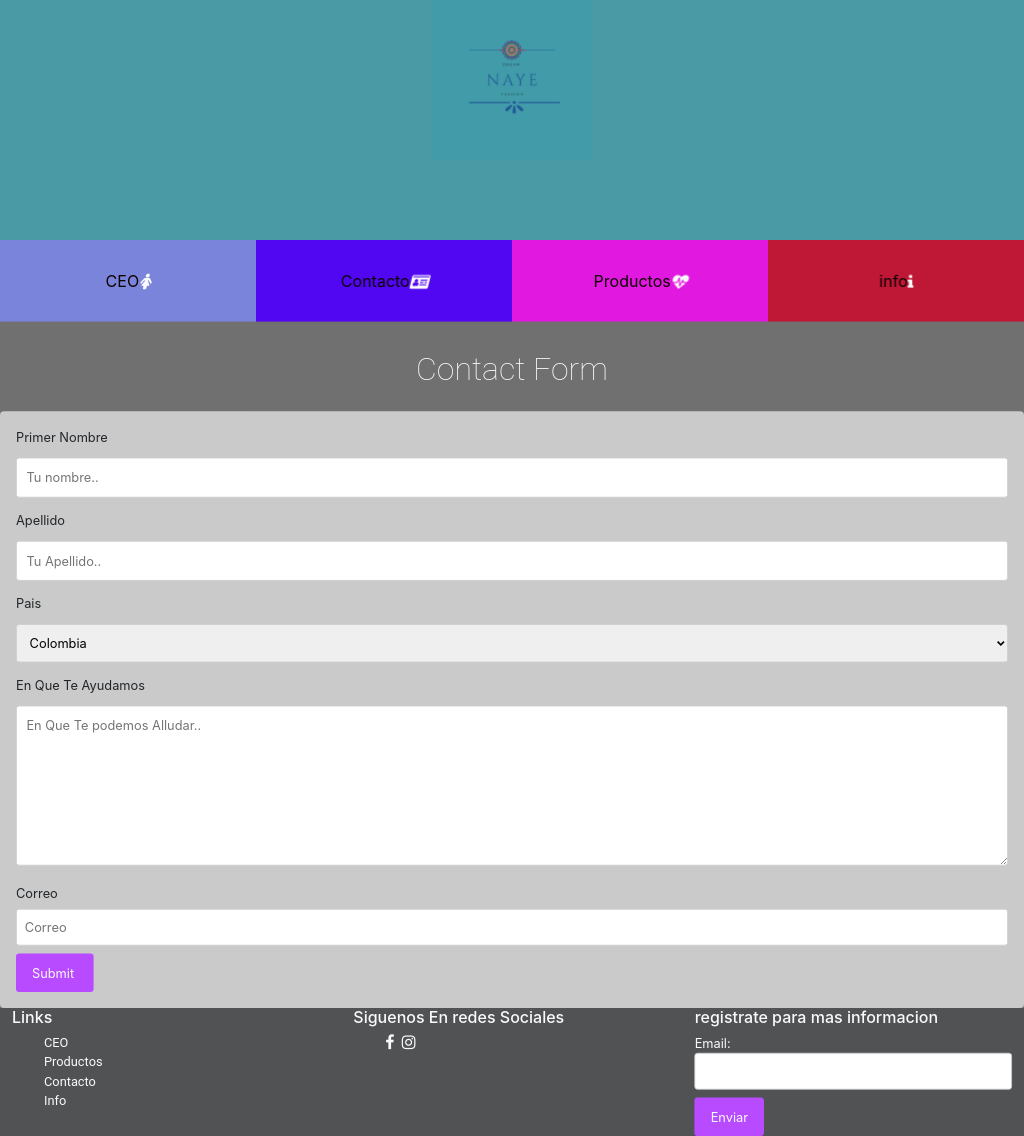
Repository: cachimiro/1-mile-stone-project
Page: contactos.html
The author's editor kept a record of every edit. The page is drawn from the files as they stood at one moment, then again after the next edit.
The browser window is 1280 px wide. The pictures show the whole page, at 80% of full size.
Some web libraries are served in a nearby version.

Above is the page before.

### contactos.html
<!DOCTYPE html>
<html lang="es">

<head>
    <meta charset="UTF-8">
    <meta name="viewport" content="width=device-width, initial-scale=1.0">
    <meta http-equiv="X-UA-Compatible" content="ie=edge">
    <link rel="stylesheet" href="https://stackpath.bootstrapcdn.com/bootstrap/4.2.1/css/bootstrap.min.css" type="text/css" />
    <link rel="stylesheet" href="https://stackpath.bootstrapcdn.com/font-awesome/4.7.0/css/font-awesome.min.css" type="text/css" />
    <link rel="stylesheet" href="https://cdnjs.cloudflare.com/ajax/libs/hover.css/2.3.1/css/hover-min.css" type="text/css" />
    <link rel="stylesheet" href="css/style.css" type="text/css" />
    <title>NAYE accesirios</title>
</head>

<body>


    <section class="bg-color-lightblue">
        <div class="row no-gutters nowrap">
            <a href="index.html" class="col-sx-12 col logo-3 ">
            <img src="photo/logo.png" alt="logo"/>


            </a>






        </div>
        <div class="row no-gutters inline-block">
                    <div class="col"></div>
                    <ul id="nav" class="list-inline menucontainer">
                        <li class="col-6 col-sm-3 ui-menu-color-ceo list-inline-item menuitem-1">
                            <a href="#" class="hvr-icon-spin">CEO<i class="fa fa-ceo hvr-icon" aria-hidden="true"> <span><i class="fas fa-female"></i></span></i>  </a>
                        </li>
                        <li class="col-6 col-sm-3 ui-menu-color-contacto list-inline-item menuitem-1">
                            <a href="#" class="hvr-icon-drop">Contacto<i class="fa fa-contact hvr-icon" aria-hidden="true"> <span><i class="far fa-id-card"></i></span></i>  </a>
                        </li>
                        <li class="col-6 col-sm-3 ui-menu-color-productos list-inline-item menuitem-1">
                            <a href="productos.html" class="hvr-icon-buzz"> Productos<i class="fa fa-crown hvr-icon" aria-hidden="true"> <span><i class="fas fa-heartbeat"></i></span></i>  </a>
                        </li>
                        <li class="col-6 col-sm-3 ui-menu-color-info list-inline-item menuitem-1">
                            <a href="#" class="hvr-icon-sink-away">info<i class="fa fa-info hvr-icon" aria-hidden="true"></i>  </a>
                        </li>

                        </li>
                    </ul>

                </div>

        </div>
       <h3 class="contact-firm">Contact Form</h3>

<div class="container-6">
  <form action="/action_page.php">
    <label for="fname">Primer Nombre</label>
    <input type="text" id="fname" name="firstname" required placeholder="Tu nombre..">

    <label for="lname">Apellido</label>
    <input type="text" id="lname" name="lastname" required placeholder="Tu Apellido..">

    <label for="country">Pais</label>
    <select id="country" name="country">
      <option value="colombia">Colombia</option>
      <option value="canada">Canada</option>
      <option value="venezuela">Venezuela</option>
      <option value="peru">Peru</option>
      <option value="brazil">Brazil</option>
      <option value="bolivia">Bolivia</option>
      <option value="panama">Panama</option>
      <option value="chile">Chile</option>
      <option value="argentina">Argentina</option>
      <option value="uruguay">Uruguay</option>
      <option value="paraguay">Paraguay</option>
      <option value="ecuador">Ecuador</option>
      <option value="costa-rica">Costa Rica</option>
      <option value="honduras">Honduras</option>
      <option value="nicaragua">Nicaragua</option>
      <option value="mexicp">Mexico</option>
      <option value="uk">UK</option>
    </select>

    <label for="subject">En Que Te Ayudamos</label>
    <textarea id="subject" name="subject" placeholder="En Que Te podemos Alludar.." style="height:200px"></textarea>
    <label for="email">Correo</label>
    <input type="email" id="email" name="email" placeholder="Correo" required/>
    <input type="submit" value="Submit " class="submit-3">
  </form>
</div>




    </section>
    <footer class="container-fluid">
        <div id="footer-detail" class="row">
            <div class="col-sm-4">
                <h5 class="uppercase general-sub">Links</h5>
                <p class="inline-block">
                    <ul class="links-footer">
                        <a href="#">
                            <li>
                                CEO
                            </li>
                        </a>
                        <a href="#">
                            <li>
                                Productos
                            </li>
                        </a>
                        <a href="#">
                            <li>
                                Contacto
                            </li>
                        </a>
                        <a href="#">
                            <li>
                                Info
                            </li>
                        </a>
                    </ul>
                </p>
            </div>
            <div class="col-sm-4">
                <h5 class="uppercase general-sub">Siguenos En redes Sociales</h5>
                <ul class="social-media-icons">
                    <li class="list-inline-item">
                        <a href="https://m.facebook.com/Nayeaccesorio/" target="_blank" class="">
                        <i class="fa fa-facebook" aria-hidden="true"></i>
                        <span class="sr-only">Facebook</span>
                        </a>
                    </li>
                    <li class="list-inline-item"></li>
                    <a href="https://www.instagram.com/nayeaccesorios/" target="_blank" class="">
                         <i class="fa fa-instagram" aria-hidden="true"></i>
                            <span class="sr-only">Instagram</span>
                            </a>
                    </li>
                </ul>
            </div>
            <div class="col-sm-4">
                <h5 class="uppercase general-sub"> registrate para mas informacion</h5>



                <form class="info-email">
                    Email: <input type="email" name="email" required class="email-decoration" />
                    <input type="submit" value="Enviar" class="button-email" />
                </form>

            </div>
        </div>


    </footer>
</body>

</html>

### css/style.css
@import url('https://fonts.googleapis.com/css?family=Roboto+Slab&display=swap');
/*----------colours*/

header {
    margin: 0;
    background-color: #021f59;
    color: #f9f7fa;


}

.bg-color-name-title {
    padding-top: 30px;
}


.ui-menu-color-ceo {
    background-color: #7b84db;
    transition: all .5s ease-in-out;
    -moz-transition: all .5s ease-in-out;
    -webkit-transition: all .5s ease-in-out;


}

.ui-menu-color-contacto {
    background-color: #5207f2;
    transition: all .5s ease-in-out;
    -moz-transition: all .5s ease-in-out;
    -webkit-transition: all .5s ease-in-out;

}

.ui-menu-color-productos {
    background-color: #e118df;
    transition: all .5s ease-in-out;
    -moz-transition: all .5s ease-in-out;
    -webkit-transition: all .5s ease-in-out;

}

.ui-menu-color-info {
    background-color: #bf1736;
    transition: all .5s ease-in-out;
    -moz-transition: all .5s ease-in-out;
    -webkit-transition: all .5s ease-in-out;

}

/*---------------sosial links colors*/

.social-links i {
    color: black;
}

/*-------------------heading, decoration*/

.list-inline-item:not(:last-child) {
    margin: 0;
}

.bg-color-name-title {
    padding-top: 30px;
    font-family: "roboto", sans-serif;
    text-align: center;
}

.title {
    font-weight: 200;
    padding-bottom: 15px;
}

.name {
    font-weight: 400;
    padding-top: 10px;
}





i {
    color: #fafafa;

}

.inline-block {
    display: inline;
}

a {
    color: #0d0101;
}

a:hover {
    text-decoration: none;
    color: #fafafa;
}

.logo {
    background: url("../photo/natalia.jpg");
    background-position: center;
    background-repeat: no-repeat;
    background-size: cover;
    height: 410px;
    width: 370px;
    border-top-right-radius: 5%;
    border-bottom-right-radius: 5%;
    transition: all .5s ease-in-out;
    -moz-transition: all .10s ease-in-out;
    -webkit-transition: all .10s ease-in-out;
}

.menucontainer{
 font-size: 0;
}
#nav li {
    font-size: 20px;
    padding: 0;

}

.menuitem {
    line-height: 100px;
    border-radius: 25%;
    text-align: center;

}

/*----------------drop down button*/

.dropbtn {
    background-color: transparent;
    color: #222020;
    padding: 16px;
    font-size: 12px;
    border: none;
}

.dropdown i {
    color: #a67153;
    font-size: 20px;
}

.dropdown {
    position:static;
    display: inline-block;
    text-align: right;

}

.dropdown-content {
    display: none;
    position: absolute;
    background-color: #fafafa;
    min-width: 16px;
    box-shadow: 0px 8px 16px 0px rgba(0, 0, 0, 0.2);
    z-index: 1;
    border-radius: 20%;
}

.dropdown-content a {
    color: #000000;
    padding: 12px 16px;
    text-decoration: none;
    display: block;
}

.dropdown-content a:hover {
    background-color: #eb1e03;
    border-radius: 50%;


}

.dropdown:hover .dropdown-content {
    display: block;
}

.dropdown:hover .dropbtn {
    background-color: none;


}

/*-----------------------------section personal informtion informacion*/

.add-padding {
    padding-top: 10px;
}

.add-padding-3 {
    padding-bottom: 50px;
}

.move-icon {
    padding-left: 15px;
    padding-top: 10px;
}

.move-icon-3 {
    padding-left: 10px
}

.three-reasons-icon {
    color: #0284f3;
    font-size: 24px;

}

.colour-of-infimacion {
    background-color: #23d9b7;
    border-top-right-radius: 5%;
    border-bottom-right-radius: 5%;
}


.personal-info-item {
    margin-bottom: 20px;
    display: block;
    clear: both;

}

.col-md-4 {
    padding-right: 0;
}

.personal-info-item .key,
.personal-info-item .value {
    padding-right: 8px;
    display: inline-block;

}

.personal-info-item .key p,
.personal-info-item .value p {
    margin: 0;
}

.move-right {
    padding-top: 50px;
}

.personal-info-item .key {
    width: 30%;
    margin-right: 21px;
    padding-top: 2px;
    vertical-align: top;
}

.personal-info-item .key p {
    font-weight: 900;

}

.personal-info-item .value {
    position: relative;
    width: 60%;
}

/*----------------------------section icons*/

h3 i {
    color: #0517ea;
    padding-left: 10px;
}

/*---------------------footer links*/

.links-footer {
    font-family: "roboto", sans-serif;
    padding-right: 250px;



}

.links-footer li {
    color: #fafafa;
    text-decoration: none;
    list-style-type: none;
}

.links-footer li:hover {
    color: #e80c0c;


}

/*-----------------------footer*/

.social-media-icons i {
    color: #fafafa;
    text-align: center;
    font-size: 20px;


}

.social-media-icons i:hover {
    background-color: #e80c0c;
    border-radius: 50%;
    height: 30px;
    width: 30px;
    padding-top: 5px;
    transition-duration: 1s;



}

footer {
    background-color: #505254;
    margin: 0;
    color: #fafafa;


}




/*---------------------------------productos.html*/

/*------------------------------header*/

.productos-html {
     background:url("../photo/cano.jpg");
     background-repeat: none;
}

.bg-color-photo-section{
    background:url("../photo/cano.jpg");
    background-repeat: none;
}
.logo-2 {
    text-align: center;
    top: -56px;
    background-repeat: no-repeat;
    width: 280px;
    height: 280px;
    margin: 0px;
    padding: 0px;
    background-color: #499aa5;
    transition: all 2s ease-in-out;
    -moz-transition: all 2s ease-in-out;
    -webkit-transition: all 2s ease-in-out;
}


.nowrap {
    flex-wrap: wrap-reverse;
}

/*--------------------------------------------section*/

/*----------------------------------image*/

.photo-adjust {
    margin: 0;
    padding: 0;
    display: block;
    top: -21px;
    line-height: 20px;


}
.photo-1{
    border-radius: 50%;
     -webkit-transition: border-radius 2s;
  transition: border-radius 2s;
}
.photo-1:hover{
  border-radius: 0;
  transition-duration: 1s;

}



.dropdown-links {
    line-height: 100px;
    text-align: center;

}
.dropbtn-links{
    top: -56px;
    padding: 0;
    margin: 0;
}
/*--------------------------hover image information*/
.font-style{
    color: #111111;
    font-family: "roboto", sans-serif;
    font-weight: 600;
    text-align: center;
    text-shadow: 2px 2px #28c7db;
    padding: 10px;
}
/*-------------------------drop-down-button-2*/
.dropdown-2{
    position: static;
    right: -500px;
    top:13;
    z-index: 1;

}
.dropbtn-2 {
    background-color: transparent;
    color: #222020;
    padding: 16px;
    font-size: 12px;
    border: none;
}

.dropdown-2 i {
    color: #222020;
    font-size: 20px;
}




.dropdown-content-2 {
    display: none;
    position: absolute;
    background-color: #fafafa;
    min-width: 16px;
    box-shadow: 0px 8px 16px 0px rgba(0, 0, 0, 0.2);
    z-index: 1;
    border-radius: 20%;
}

.dropdown-content-2 a {
    color: #000000;
    padding: 12px 16px;
    text-decoration: none;
    display: block;
}

.dropdown-content-2 a:hover {
    background-color: #eb1e03;
    border-radius: 50%;


}

.dropdown-2:hover .dropdown-content-2 {
    display: block;
}

.dropdown-2:hover .dropbtn-2 {
    background-color: #3fbec8;


}
/*------------------------------------contactos.html*/
.bg-color-lightblue{
    background-color: #707070;
}
.logo-3{
     text-align: center;
    top: -56px;
    background-repeat: no-repeat;
    width: 280px;
    height: 300px;
    margin: 0px;
    padding: 0px;
    position: static;
    background-color: #499aa5;
    transition: all 2s ease-in-out;
    -moz-transition: all 2s ease-in-out;
    -webkit-transition: all 2s ease-in-out;
}
.menuitem-1{
    line-height: 100px;
    text-align: center;
}
/*---------------------------------contact form*/
.contact-firm{
    text-align: center;
    font-size: 40px;
    font-weight: 200;
    font-family: "roboto" ,sans-serif;
    padding: 20px;
    color: #fafafa;

}
input[type=email]{
    width: 100%;
    border-radius: 4px;
    margin-bottom: 10px;
    padding: 10px;
    border:1px solid #cccccc;
}
input[type=text], select, textarea {
  width: 100%;
  padding: 12px;
  border: 1px solid #cccccc;
  border-radius: 4px;
  box-sizing: border-box;
  margin-top: 6px;
  margin-bottom: 16px;
  resize: vertical;
}

input[type=submit] {
  background-color: #b84bff;
  color: #fafafa;
  padding: 12px 20px;
  border: none;
  border-radius: 4px;
  cursor: pointer;
}

input[type=submit]:hover {
  background-color: #5009ff;
}

.container-6 {
  border-radius: 5px;
  background-color: #cacaca;
  padding: 20px;
}
/*--------------------------------info.html*/

.progress{
    border-radius: 10px;
}
.bar-1{
    background-color: #d9a91a;
}
.bar-2{
    background-color: #62deb0;
}
.bar-3{
    background-color: #ff866b;
}
.info-header{
    background-color: #419ba8;
}
.logo-4{
     text-align: center;
    top: -56px;
    background-repeat: no-repeat;
    width: 280px;
    height: 300px;
    margin: 0px;
    padding: 0px;
    position: static;
}
.menuitem-3{
    line-height: 100px;
    text-align: center;
    display: static;
    top: -20px;
}
.colour-section{
    background-color: #a66038;
    color: #fafafa;
}
/*------------------------------media querys*/
@media  (max-width : 400px){
    section{
  background-color: #5d84a6;
  color:#fafafa;

}
}
@media  (max-width : 400px){
     section .colour-of-infimacion{
       background-color: #067302;

    }
}

After the next edit:
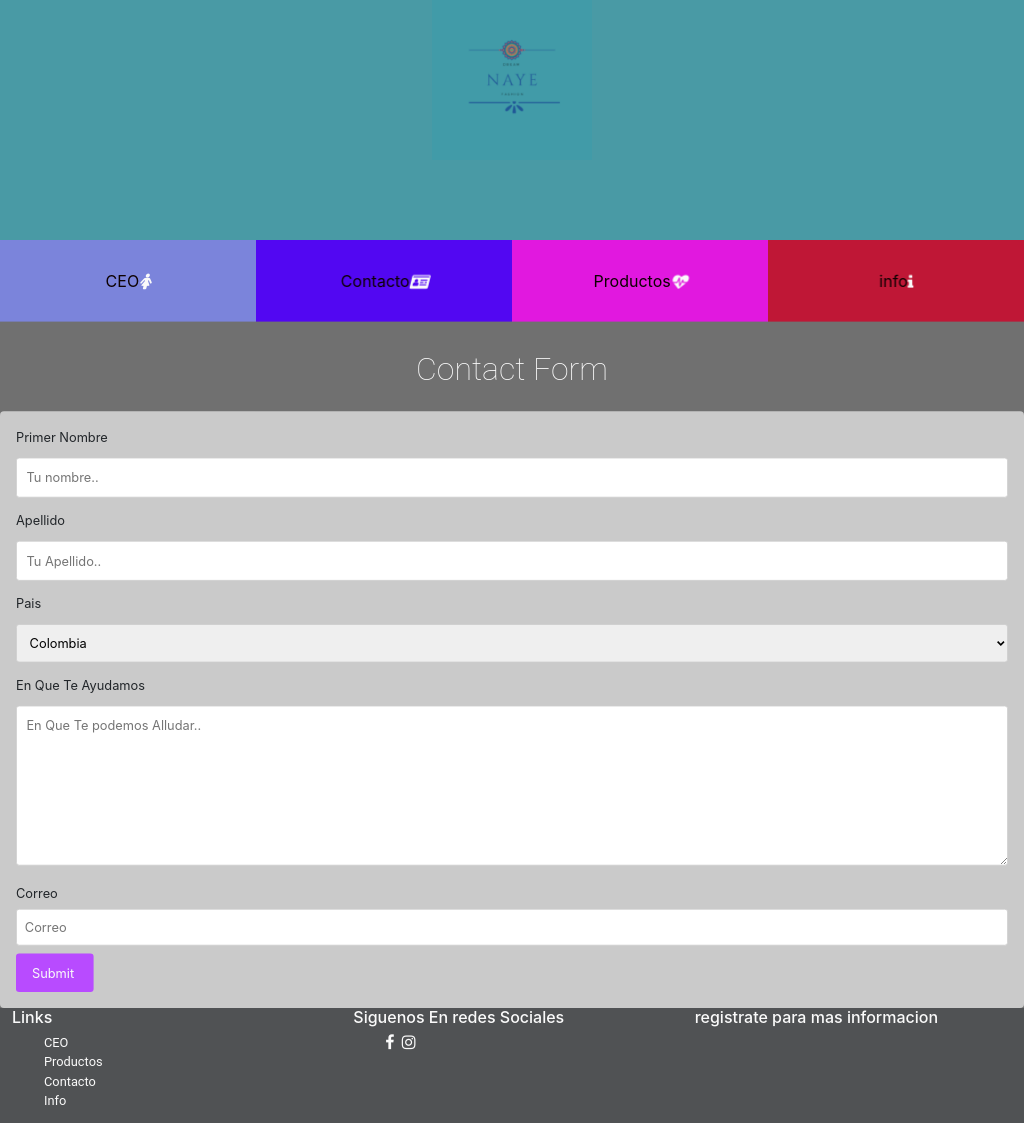
The edit:
--- a/contactos.html
+++ b/contactos.html
@@ -145,10 +145,6 @@
 
 
 
-                <form class="info-email">
-                    Email: <input type="email" name="email" required class="email-decoration" />
-                    <input type="submit" value="Enviar" class="button-email" />
-                </form>
 
             </div>
         </div>
